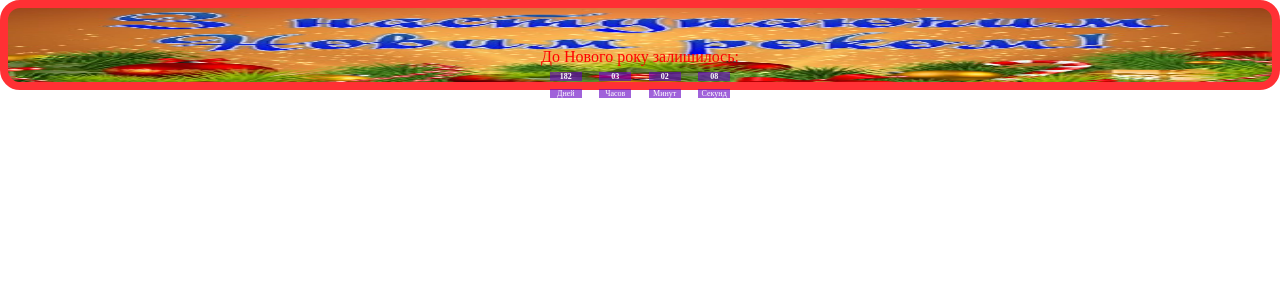
Repository: KonstantinKhamilov/JavaScript11-new-year
Page: index.html
An editor plug-in stored every save of this project. The page is shown before and after the next save, followed by the edit.
The browser window is 1280 px wide. The pictures show the whole page.

Above is the page before, as saved 2024-12-29 18:50:45.

After the next save:
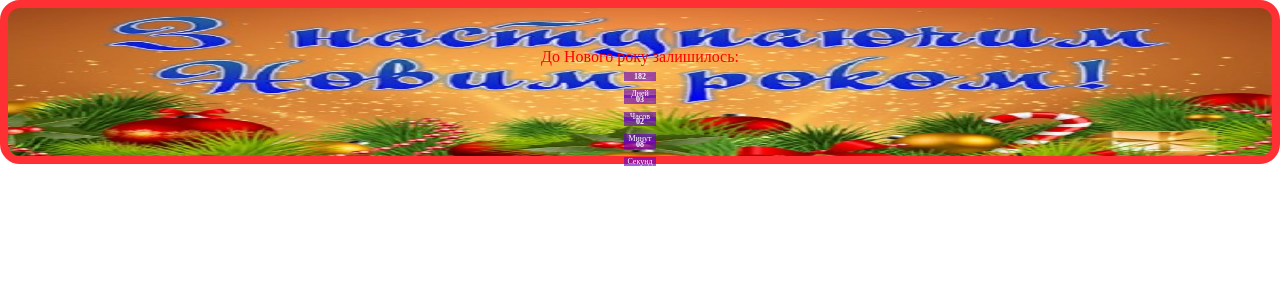
Saved 5 min 28 s later.
--- a/index.html
+++ b/index.html
@@ -69,10 +69,13 @@
   <ol>
     <li class="text">До Нового року залишилось:</li>
     <li class="count">
-      <div class="timer"><h2 id="day">00</h2><p>Дней</p></div>
-      <div class="timer"><h2 id="hrs">00</h2><p>Часов</p></div>
-      <div class="timer"><h2 id="min">00</h2><p>Минут</p></div>
-      <div class="timer"><h2 id="sec">00</h2><p>Секунд</p></div>
+
+<ol>
+  <li class="timer"><h2 id="day">00</h2><p>Дней</p></li>
+  <li class="timer"><h2 id="hrs">00</h2><p>Часов</p></li>
+  <li class="timer"><h2 id="min">00</h2><p>Минут</p></li>
+  <li class="timer"><h2 id="sec">00</h2><p>Секунд</p></li>
+</ol>
     </li>
   </ol>
 </div>
